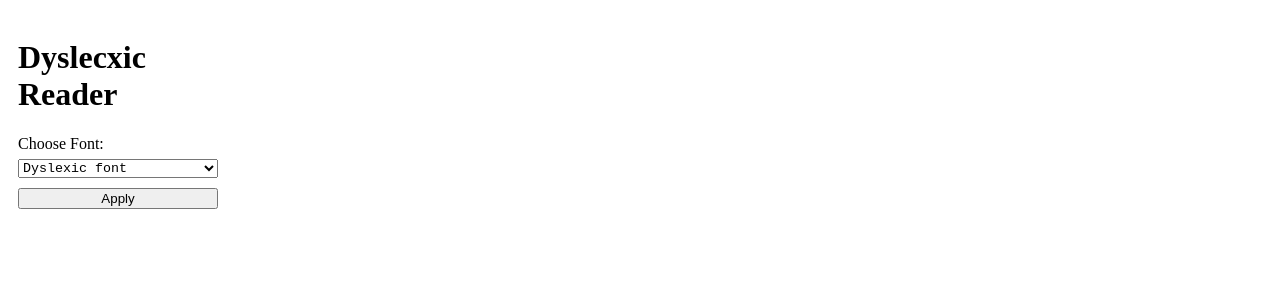
Repository: adatechschool/extension-navigateur-extension_walid_eliana_imelda
Page: popup.html
These files come from the project's save history. The page is drawn as it stood at one moment and after the next save; the edit follows.
The browser window is 1280 px wide. The pictures show the whole page.

Above is the page before, as saved 2024-01-10 16:27:25.

### popup.html
<!DOCTYPE html>
<html lang="en">
<head>
    <link rel="stylesheet" type="text/css" href="popup.css">
    <script src="popup.js"></script>
    <meta charset="UTF-8">
    <meta name="viewport" content="width=device-width, initial-scale=1.0">
    <title>Document</title>
</head>
<body>
    <h1>Dyslecxic Reader</h1>

    <label for="font-selector">Choose Font:</label>

<select id="font-selector">
    <option value="Dyslecxic Font">Dyslexic font</option>
    <option value="Souligner de lettres">Lettres en Gras</option>
    <option value="Souligner de lettres">Toutes les options</option>
</select>

<button id="apply-button">Apply</button>

</body>
</html>

### popup.css
body {
    width: 200px;
    padding: 10px;
}

label {
    display: block;
    margin-bottom: 5px;
}

select, button {
    width: 100%;
    margin-bottom: 10px;
}
 #font-selector {
    font-family: monospace;

 }

### popup.js
document.addEventListener('DOMContentLoaded', function() {
    let applyButton = document.getElementById('apply-button');

    applyButton.addEventListener('click', function() {
    let fontSelector = document.getElementById('font-selector');
    let selectedFont = fontSelector.value;

    chrome.tabs.query({ active: true, currentWindow: true }, function(tabs) {
    chrome.scripting.executeScript({
    target: { tabId: tabs[0].id },
    function: changeFont,
    args: [selectedFont, ['b','p', 's', 'z']]
            });
        });
    });
});

function changeSpecificFonts(selectedFont, letters) {
    document.querySelectorAll('*').forEach(element => {
    const textContent = element.textContent || element.innerText || '';
    const modifiedText = textContent.split('').map(char => {
        return letters.includes(char.toLowerCase()) ? `<span style="font-family: ${selectedFont}">${char}</span>` : char;
    }).join('');
    element.innerHTML = modifiedText;
    });
}

After the next save:
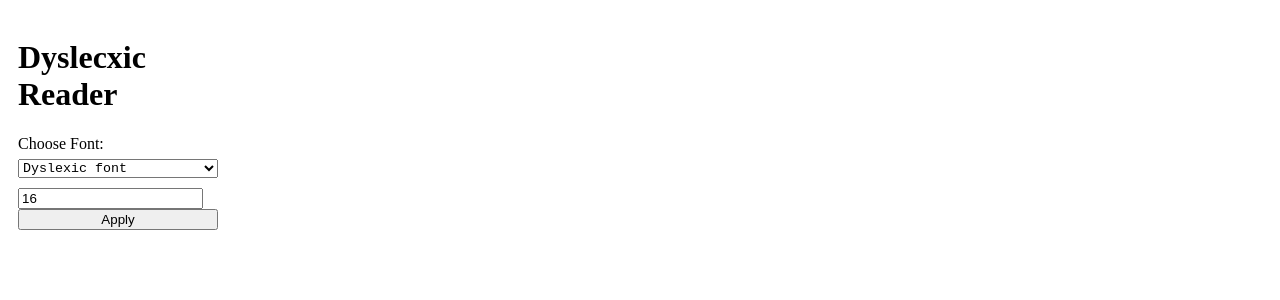
Saved 87 s later.
--- a/popup.html
+++ b/popup.html
@@ -18,6 +18,8 @@
     <option value="Souligner de lettres">Toutes les options</option>
 </select>
 
+<input type="number" id="font-size" min="1" value="16">
+
 <button id="apply-button">Apply</button>
 
 </body>
